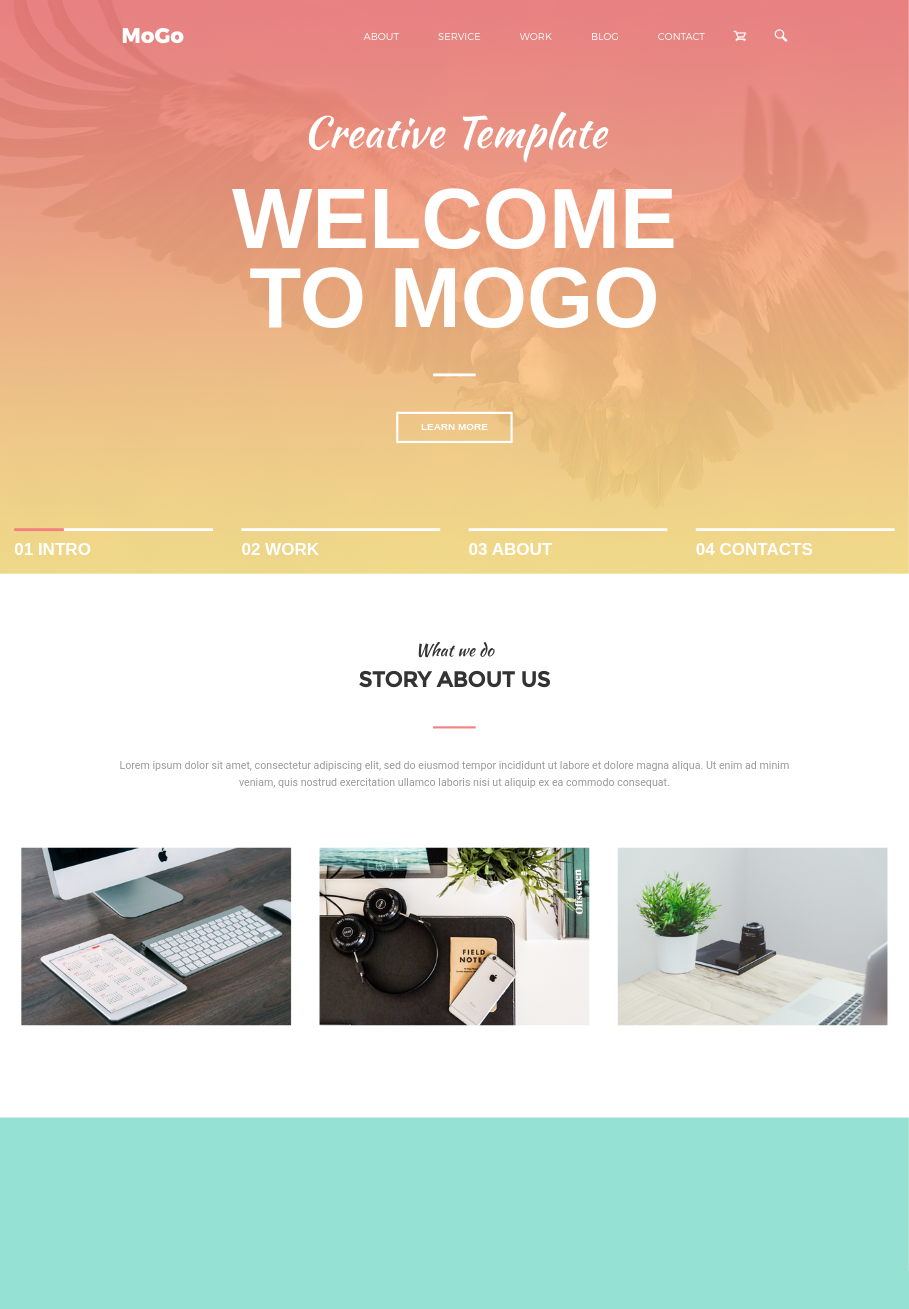
Repository: RaffiBarseghyan/mogo
Page: /
These files come from the project's save history. The page is drawn as it stood at one moment and after a run of saves; the edit follows.
The browser window is 1280 px wide. The pictures show the whole page, at 71% of full size.
The project was rebuilt for these pictures with package versions that can differ from the ones it lists, and the page was loaded fresh each time.

Above is the page before, as saved 2023-05-11 17:48:55.

### src/App.jsx
import "./App.css";
import "bootstrap/dist/css/bootstrap.min.css";
import "bootstrap/dist/js/bootstrap.bundle";
import Header from "./Pages/Header/header";
import AboutUs from "./Pages/AboutUs/aboutUs";

function App() {
  return (
    <div className="App">
      <Header />
      <AboutUs />
    </div>
  );
}

export default App;

### src/Pages/Header/header.jsx
import style from "./header.module.scss";
import glass from "../../Assets/Images/GLASS.png";
import cart from "../../Assets/Images/CART.png";

function Header() {
  return (
    <>
      <div className={style.big_header}>
        <div className={style.header}>
          <nav className="navbar navbar-expand-lg bg-body-tertiary">
            <div className="container-fluid">
              <a className={`${style.logo} navbar-brand me-5`} href="#">
                MoGo
              </a>
              <button
                className="navbar-toggler"
                type="button"
                data-bs-toggle="collapse"
                data-bs-target="#navbarNav"
                aria-controls="navbarNav"
                aria-expanded="false"
                aria-label="Toggle navigation"
              >
                <span className="navbar-toggler-icon"></span>
              </button>
              <div
                className={`${style.menu} collapse navbar-collapse`}
                id="navbarNav"
              >
                <ul className={`navbar-nav`}>
                  <li className="nav-item">About</li>
                  <li className="nav-item">service</li>
                  <li className="nav-item">work</li>
                  <li className="nav-item">blog</li>
                  <li className="nav-item">contact</li>
                  <img src={cart} alt="" />
                  <img src={glass} alt="" />
                </ul>
              </div>
            </div>
          </nav>
        </div>

        <div className={style.header_text}>
          <h1>Creative Template</h1>
          <h2>
            Welcome <br /> to MoGo
          </h2>
          <div className={style.border_box}>
            <div className={style.border}></div>
          </div>

          <div className={style.btn_box}>
            <button className={style.btn}>Learn More</button>
          </div>

          <div className={style.big_border_box_1}>
            <div className={style.div}>
              <div className={style.b_box1}>
                <div className={style.red}></div>
                <div className={style.white}></div>
              </div>
              <p className={style.b_p}>01 intro</p>
            </div>

            <div className={style.div}>
              <div className={style.b_box1}>
                <div className={style.white_s}></div>
                <div className={style.white}></div>
              </div>
              <p className={style.b_p}>02 work</p>
            </div>

            <div className={style.div}>
              <div className={style.b_box1}>
                <div className={style.white_s}></div>
                <div className={style.white}></div>
              </div>
              <p className={style.b_p}>03 About</p>
            </div>

            <div className={style.div}>
              <div className={style.b_box1}>
                <div className={style.white_s}></div>
                <div className={style.white}></div>
              </div>
              <p className={style.b_p}>04 Contacts</p>
            </div>
          </div>
        </div>
      </div>
    </>
  );
}

export default Header;

### src/Pages/AboutUs/aboutUs.jsx
import style from "./aboutUs.module.scss";
import aboutUs1 from "../../Assets/Images/aboutUs1.png";
import aboutUs2 from "../../Assets/Images/aboutUs2.png";
import aboutUs3 from "../../Assets/Images/aboutUs3.png";
import user from "../../Assets/Images/USERS.png";

function AboutUs() {
  return (
    <>
      <div className={style.aboutUs}>
        <h3>What we do</h3>
        <h2>Story about us</h2>
        <div className={style.line}></div>
        <p>
          Lorem ipsum dolor sit amet, consectetur adipiscing elit, sed do
          eiusmod tempor incididunt ut labore et dolore magna aliqua. Ut enim ad
          minim <br />
          veniam, quis nostrud exercitation ullamco laboris nisi ut aliquip ex
          ea commodo consequat.
        </p>
        <div className="d-flex justify-content-center flex-wrap ">
          <div className={style.imgDiv}>
            <img src={user} alt="" className={style.user} />
            <p>SUPER TEAM</p>
            <img src={aboutUs1} alt="" className={style.aboutImg} />
          </div>
          <div className={style.imgDiv}>
            <img src={user} alt="" className={style.user} />
            <p>SUPER TEAM</p>
            <img src={aboutUs2} alt="" className={style.aboutImg} />
          </div>
          <div className={style.imgDiv}>
            <img src={user} alt="" className={style.user} />
            <p>SUPER TEAM</p>
            <img src={aboutUs3} alt="" className={style.aboutImg} />
          </div>
        </div>
      </div>

      <div className={style.aboutUsFooter}>
        <div>
          <h2></h2>
          <p></p>
        </div>
        <div></div>
        <div></div>
        <div></div>
        <div></div>
      </div>
    </>
  );
}

export default AboutUs;

### src/Pages/Header/header.module.scss
@font-face {
  font-family: Montserrat;
  src: url("../../Assets/Fonts/montserrat/Montserrat-Light.otf")
    format("truetype");
}

@font-face {
  font-family: Montserrat_bold;
  src: url("../../Assets/Fonts/montserrat/Montserrat-ExtraBold.otf")
    format("truetype");
}

@font-face {
  font-family: kaushan;
  src: url("../../Assets/Fonts/kaushan-script/kaushan-script.kaushanscript-regular.otf")
    format("truetype");
}

* {
  margin: 0;
  padding: 0;
  box-sizing: border-box;
}

/* Header */

.logo {
  font-size: 30px;
  color: #ffffff !important;
  font-weight: 700;
  font-family: "Montserrat_bold";
}

.logo:hover {
  color: #ffffff !important;
}

.big_header {
  width: 100%;
  min-height: 800px;
  background-image: url("../../Assets/Images/background-image-big-box-header.png");
  background-position: center;
  background-size: cover;
  background-repeat: no-repeat;
}

.header {
  width: 100%;
  min-height: 100px;
  display: flex;
  justify-content: space-around;
  align-items: center;
}

.menu > ul {
  margin-left: 150px;
}

.menu > ul > li {
  font-size: 14px;
  font-family: "Montserrat";
  color: rgb(255, 255, 255);
  text-transform: uppercase;
  list-style: none;
  margin-left: 55px;
}

.menu > ul > li:hover {
  color: #fce38a;
  border-bottom: 2px solid #fce38a;
  cursor: pointer;
  transition: 0.3s;
}

.menu > ul > img {
  margin-left: 40px;
  cursor: pointer;
  width: 15%;
  aspect-ratio: 3/2;
  object-fit: contain;
}

/* Header_text */

.header_text {
  margin-top: 50px;
}

.header_text > h1 {
  text-align: center;
  font-family: kaushan;
  font-size: 60px;
  color: rgb(255, 255, 255);
  line-height: 1.2;
}

.header_text > h2 {
  text-align: center;
  font-family: sans-serif;
  font-size: 120px;
  color: rgb(255, 255, 255);
  font-weight: bold;
  text-transform: uppercase;
  line-height: 0.933;
  margin-top: 30px;
}

.border {
  width: 60px;
  height: 4px;
  background-color: #ffffff;
}

.border_box {
  display: flex;
  justify-content: center;
  margin: 50px 0;
}

.btn {
  border-style: solid;
  border-width: 3px;
  border-color: rgb(255, 255, 255);
  background-color: rgba(0, 0, 0, 0);
  width: 164px;
  height: 44px;
  font-size: 14px;
  font-family: sans-serif;
  color: rgb(255, 255, 255);
  font-weight: bold;
  text-transform: uppercase;
}

.btn_box {
  display: flex;
  justify-content: center;
}

.btn_box > button:hover {
  cursor: pointer;
  border-radius: 10px;
  transition: 0.5s;
}

/* Borders */

.red {
  width: 70px;
  height: 4px;
  background-color: #f38181;
}

.white_s {
  width: 70px;
  height: 4px;
  background-color: #ffffff;
}

.white {
  width: 210px;
  height: 4px;
  background-color: white;
}

.b_box1 {
  display: flex;
}

.b_p {
  margin-top: 8px;
  font-size: 24px;
  font-family: sans-serif;
  color: rgb(255, 255, 255);
  font-weight: bold;
  text-transform: uppercase;
  text-align: left;
}

.big_border_box_1 {
  margin-top: 120px;
  display: flex;
  justify-content: space-around;
  flex-wrap: wrap;
}

@media only screen and (max-width: 992.2px) {
  .menu > ul {
    display: flex;
    justify-content: center;
    align-items: center;
  }
  .menu > ul > img {
    width: 12%;
    aspect-ratio: 3/2;
    object-fit: contain;
  }
  .header_text>h2{
    font-size: 80px;
  }
}

### src/Pages/AboutUs/aboutUs.module.scss
@font-face {
  font-family: Montserrat;
  src: url("../../Assets/Fonts/montserrat/Montserrat-Light.otf")
    format("truetype");
}

@font-face {
  font-family: Montserrat_mid;
  src: url("../../Assets/Fonts/montserrat/Montserrat-Regular.ttf")
    format("truetype");
}

@font-face {
  font-family: Montserrat_bold;
  src: url("../../Assets/Fonts/montserrat/Montserrat-ExtraBold.otf")
    format("truetype");
}

@font-face {
  font-family: kaushan;
  src: url("../../Assets/Fonts/kaushan-script/kaushan-script.kaushanscript-regular.otf")
    format("truetype");
}

.aboutUs {
  min-height: 750px;
  display: flex;
  flex-direction: column;
  align-items: center;
  justify-content: center;
  h3 {
    font-size: 24px;
    color: #333333;
    font-weight: 400;
    font-family: "kaushan";
    text-align: center;
  }
  h2 {
    font-size: 30px;
    text-transform: uppercase;
    color: #333333;
    font-weight: 700;
    font-family: "Montserrat_mid";
    text-align: center;
  }
  p {
    font-size: 15px;
    line-height: 24px;
    color: #999999;
    font-weight: 400;
    font-family: "Roboto";
    text-align: center;
    margin-bottom: 60px;
  }
  .line {
    width: 60px;
    height: 3px;
    background-color: #f38181;
    margin: 40px;
  }
  img {
    width: 380px;
    height: 250px;
    aspect-ratio: 3/2;
    object-fit: cover;
  }

  .imgDiv {
    width: 380px;
    height: 250px;
    margin: 20px;
    transition: 0.5s;
    display: flex;
    flex-direction: column;
    justify-content: center;
    align-items: center;
    p {
      font-size: 18px;
      text-transform: uppercase;
      color: #ffffff;
      font-weight: 700;
      font-family: "Montserrat";
      text-align: center;
      display: none;
      position: absolute;
      margin-top: 80px;
    }
    .user {
      width: 32px;
      height: 23px;
      display: none;
      position: absolute;
      margin-bottom: 30px;
    }
  }

  .imgDiv:hover {
    transition: 0.5s;
    box-shadow: 10px 10px 0px 0px rgba(149, 225, 211, 1);
    -webkit-box-shadow: 10px 10px 0px 0px rgba(149, 225, 211, 1);
    -moz-box-shadow: 10px 10px 0px 0px rgba(149, 225, 211, 1);
    cursor: pointer;
    p,
    .user {
      display: block;
    }
    background: rgb(226, 204, 123);
    background: linear-gradient(
      0deg,
      rgba(226, 204, 123, 1) 0%,
      rgba(219, 116, 116, 1) 53%
    );

    .aboutImg {
      opacity: 0.2;
    }
  }
}

.aboutUsFooter {
  height: 270px;
  background-color: #95e1d3;
}

Loaded but not shown: public/index.html (common file); src/index.js (common file); src/index.css (common file); src/reportWebVitals.js (common file); src/App.css (common file)

After the next 8 saves:
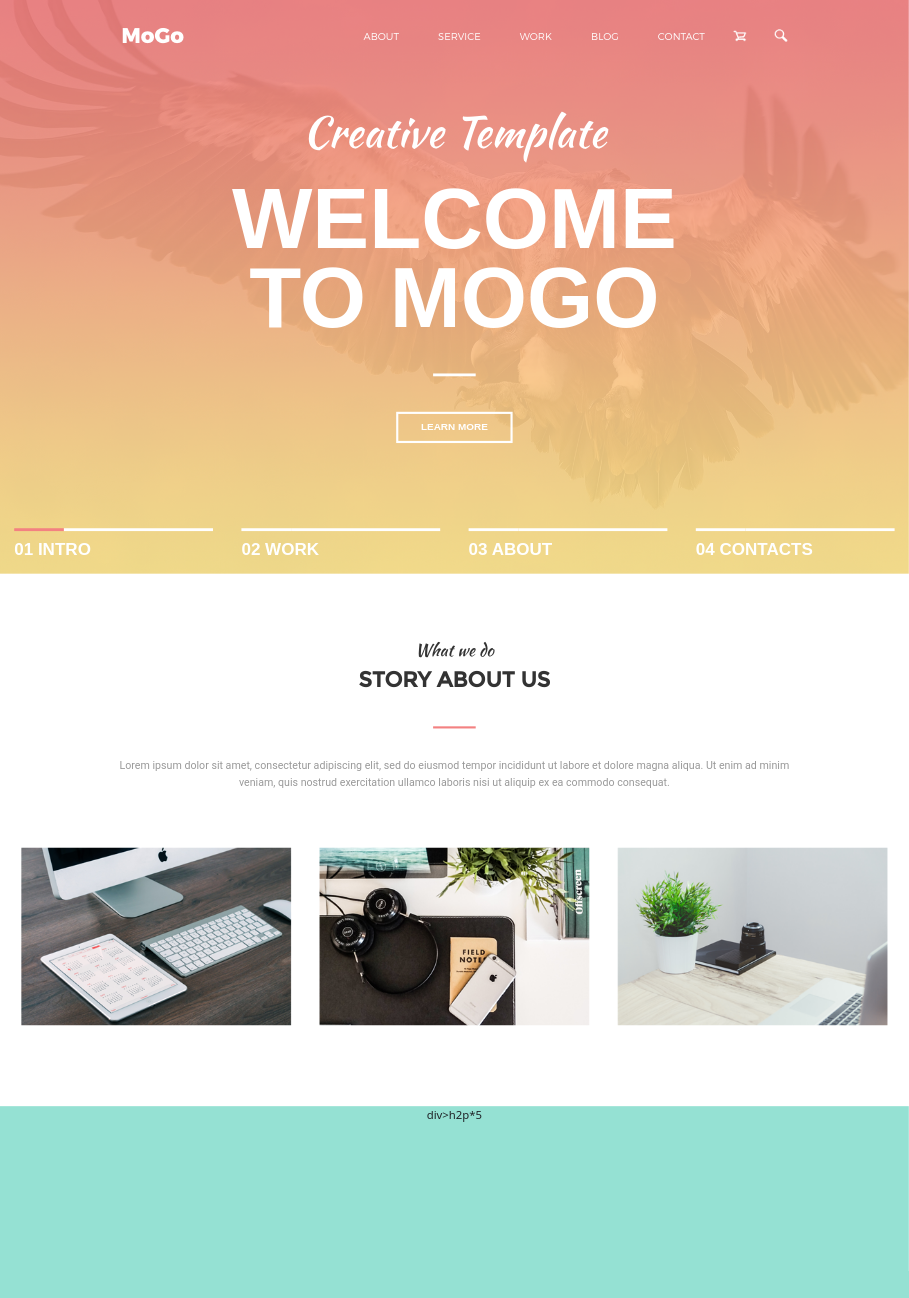
The 8 saves are shown as one change because they came seconds apart.
The last was saved 20 s later.
--- a/src/Pages/AboutUs/aboutUs.jsx
+++ b/src/Pages/AboutUs/aboutUs.jsx
@@ -22,30 +22,23 @@ function AboutUs() {
           <div className={style.imgDiv}>
             <img src={user} alt="" className={style.user} />
             <p>SUPER TEAM</p>
-            <img src={aboutUs1} alt="" className={style.aboutImg} />
+            <img src={aboutUs1} alt="" className={style.aboutImg}/>
           </div>
           <div className={style.imgDiv}>
             <img src={user} alt="" className={style.user} />
             <p>SUPER TEAM</p>
-            <img src={aboutUs2} alt="" className={style.aboutImg} />
+            <img src={aboutUs2} alt="" className={style.aboutImg}/>
           </div>
           <div className={style.imgDiv}>
             <img src={user} alt="" className={style.user} />
             <p>SUPER TEAM</p>
-            <img src={aboutUs3} alt="" className={style.aboutImg} />
+            <img src={aboutUs3} alt="" className={style.aboutImg}/>
           </div>
         </div>
       </div>
 
       <div className={style.aboutUsFooter}>
-        <div>
-          <h2></h2>
-          <p></p>
-        </div>
-        <div></div>
-        <div></div>
-        <div></div>
-        <div></div>
+        div>h2p*5
       </div>
     </>
   );
